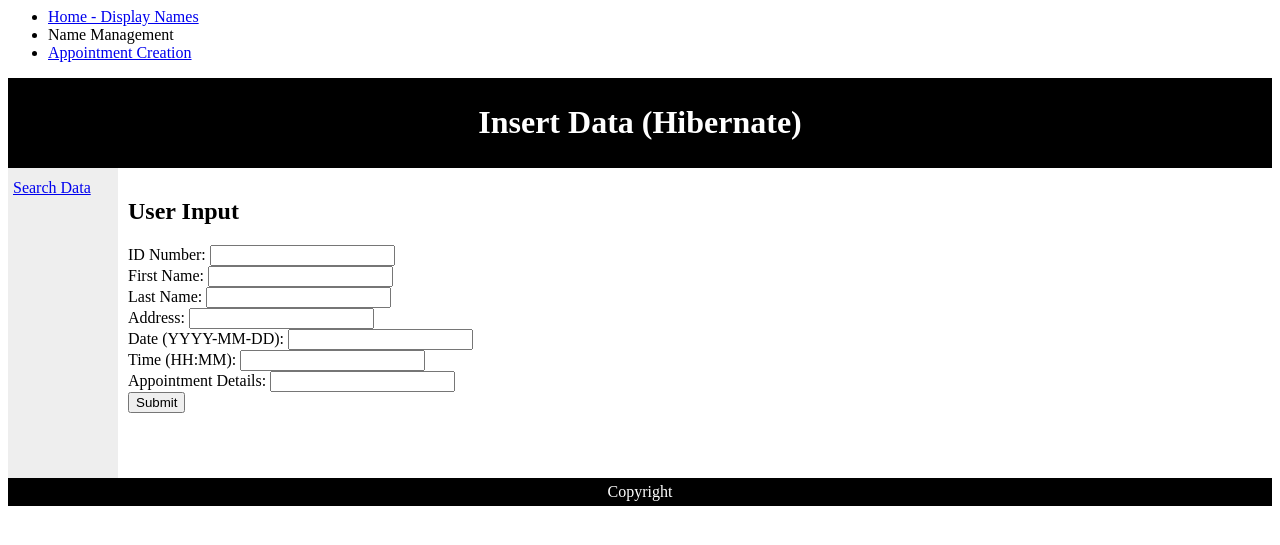
Repository: Doniico/G1_ODM
Page: workspaceCSCI4830-teamproject/teamproject/WebContent/simpleInsertHB.html
These files come from the project's save history. The page is drawn as it stood at one moment and after the next save; the edit follows.
The browser window is 1280 px wide. The pictures show the whole page.

Above is the page before, as saved 2020-04-02 04:27:41.

### workspaceCSCI4830-teamproject/teamproject/WebContent/simpleInsertHB.html
<html>
<head>
<style>
header {
    background-color:black;
    color:white;
    text-align:center;
    padding:5px;
}
nav {
    line-height:30px;
    background-color:#eeeeee;
    height:300px;
    width:100px;
    float:left;
    padding:5px;
}
section {
    width:350px;
    float:left;
    padding:10px;
}
footer {
    background-color:black;
    color:white;
    clear:both;
    text-align:center;
    padding:5px;
}
</style>

</head>

<body>
<ul id = "navBar">
	<!--<li><img src = "https://pbs.twimg.com/profile_images/1049303741126594561/fSeeAG8t_400x400.jpg"></li>-->
	<li><a href = "Open Door Mission Design.html">Home - Display Names</a></li>
	<li>Name Management</a></li>
	<li><a href = "Appointment Creation.html">Appointment Creation</a></li>
</ul>

<header>
<h1> Insert Data (Hibernate)</h1>
</header>

<nav>
<a href="/webproject/simpleSearchHB.html">Search Data</a> <br>
</nav>

<section>
	<h1>User Input</h1>

	<form action="SimpleInsertHB" method="POST">

		ID Number: <input type="number" name="id"> <br />
		First Name: <input type="text" name="firstName"> <br />
		Last Name: <input type="text" name="lastName"> <br />
		Address: <input type="text" name="address"> <br />
		Date (YYYY-MM-DD): <input type="text" name="date"> <br />
		Time (HH:MM): <input type="text" name="time"> <br />
		Appointment Details: <input type="text" name="details"> <br />

		<input type="submit" value="Submit" />
	</form>

</section>

<footer>
Copyright
</footer>
</body>
</html>

After the next save:
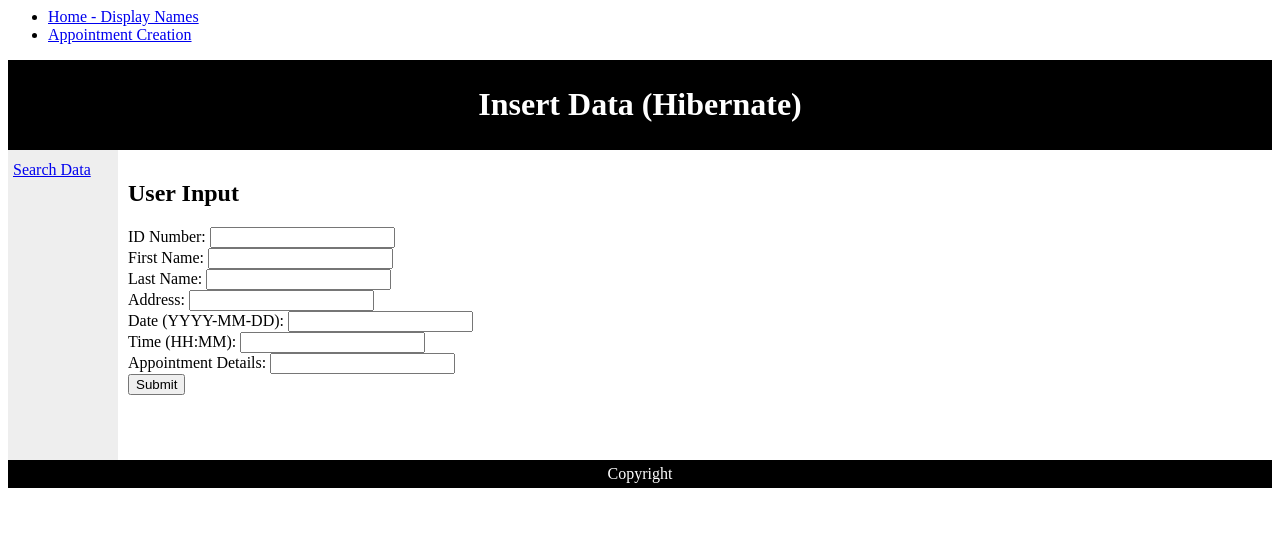
Saved 44 s later.
--- a/workspaceCSCI4830-teamproject/teamproject/WebContent/simpleInsertHB.html
+++ b/workspaceCSCI4830-teamproject/teamproject/WebContent/simpleInsertHB.html
@@ -35,7 +35,6 @@ footer {
 <ul id = "navBar">
 	<!--<li><img src = "https://pbs.twimg.com/profile_images/1049303741126594561/fSeeAG8t_400x400.jpg"></li>-->
 	<li><a href = "Open Door Mission Design.html">Home - Display Names</a></li>
-	<li>Name Management</a></li>
 	<li><a href = "Appointment Creation.html">Appointment Creation</a></li>
 </ul>
 
